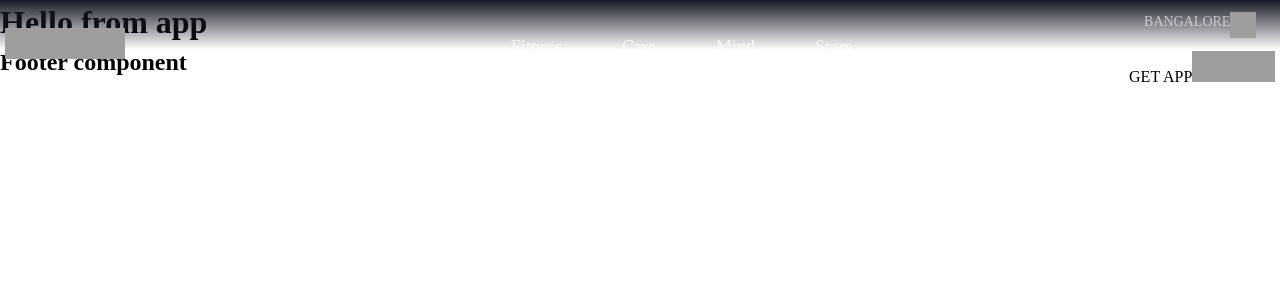
Repository: 1sanjeetsharma/cult-fit-clone
Page: /
These files come from the project's save history. The page is drawn as it stood at one moment and after the next save; the edit follows.
The browser window is 1280 px wide. The pictures show the whole page.
Pictures or frames that could not be fetched are drawn as grey boxes. Some web fonts or font styles are not loaded; a fallback is used. The project was rebuilt for these pictures with package versions that can differ from the ones it lists, and the page was loaded fresh each time. Also part of the build but not shown: vite.config.js.

Above is the page before, as saved 2023-07-25 11:40:34.

### src/App.jsx
import LandingPage from "./components/landingPage/LandingPage";
function App() {
  return (
    <>
      <h1>Hello from app</h1>
      <LandingPage />
    </>
  );
}

export default App;

### src/components/landingPage/LandingPage.jsx
import Body from "../body/body";
// import Header from "../body/header/Header";
const LandingPage = () => {
	return (
		<>
			<Body></Body>
		</>
	);
};
export default LandingPage;

### src/components/body/body.jsx
import Header from "./header/Header";
import Footer from "./footer/Footer";
import "./body.css";
const Body = () => {
	console.log("hello from body");
	return (
		<>
			<Header />

			<Footer />
		</>
	);
};
export default Body;

### src/components/body/header/Header.jsx
import Navbar from "../Navbar/Navbar";
const Header = () => {
	return (
		<>
			<Navbar />
		</>
	);
};
export default Header;

### src/components/body/footer/Footer.jsx
const Footer = () => {
  return (
    <>
      <h2>Footer component</h2>
    </>
  );
};
export default Footer;

### src/components/body/body.css
/*
//not working these font  */
@font-face {
	font-family: inter-bold;
	src: url("https://fonts.googleapis.com/css2?family=Inter:wght@700&display=swap");
}
@font-face {
	font-family: helvetica-neue;
	src: url("https://fonts.cdnfonts.com/css/helvetica-neue-5");
}
body {
	font-family: inter-bold, helvetica-neue;
}

### src/components/body/Navbar/Navbar.jsx
import "./navbar.css";
const Navbar = () => {
	return (
		<>
			<div className="Nav-container">
				<nav>
					<a href="javascript:viod(0)">
						<img
							className="logo"
							height={"31px"}
							width={"120px"}
							src="https://cdn-images.cure.fit/www-curefit-com/image/upload/c_fill,w_120,q_auto:eco,dpr_2,f_auto,fl_progressive//image/test/brand-logo/vman-and-white-cult-text.png"
							alt="logo"
						/>
					</a>
					<div className="tabs">
						<a href="javascript:void(0)">Fitness</a>
						<a href="javascript:void(0)">Care</a>
						<a href="javascript:void(0)">Mind</a>
						<a href="javascript:void(0)">Store</a>
					</div>
					<div className="btns">
						<div className="location">
							<div>BANGALORE</div>
							<div>
								<img
									src="https://cdn-images.cure.fit/www-curefit-com/image/upload/c_fill,w_26,q_auto:eco,dpr_2,f_auto,fl_progressive/image/test/header/location.png"
									width={"26px"}
									height={"26px"}
									loading="lazy"
									alt="location"
								/>
							</div>
						</div>
						<button className="get-app">GET APP</button>

						<button className="avatar">
							<img
								className="btn-img"
								src="https://cdn-images.cure.fit/www-curefit-com/image/upload/c_fill,w_26,q_auto:eco,dpr_2,f_auto,fl_progressive/image/test/header/Profile.png"
								alt="profile picture"
							/>
						</button>
						<button className="cart">
							<img
								className="btn-img"
								src="https://cdn-images.cure.fit/www-curefit-com/image/upload/c_fill,q_auto:eco,dpr_2,f_auto,fl_progressive//image/test/cart-dark-theme.svg"
								alt="cart"
							/>
						</button>
					</div>
				</nav>
			</div>
		</>
	);
};
export default Navbar;

### src/components/body/Navbar/navbar.css
* {
	margin: 0px;
	padding: 0px;
	box-sizing: border-box;
	line-height: 1.42;
}
a {
	text-decoration: none;
	cursor: pointer;
}
.Nav-container {
	position: fixed;
	/* display: flexbox; */
	top: 0px;
	/* height: 60px; */
	width: 100%;

	/* align-content: center; */
	/* text-align: center; */
	/* background-color: #00000077; */
	box-sizing: border-box;
	/* z-index: 2; */
}

.logo,
.btn-img {
	height: 31px;
}
nav {
	display: flex;
	height: 50px;
	padding: 5px;
	flex-flow: row wrap;
	align-items: center;
	justify-content: space-between;
	background-image: linear-gradient(
		to bottom,
		#171a26,
		rgba(23, 26, 38, 0.0001)
	);
}
.tabs {
	/* color: #fff; */
	display: flex;
	flex-direction: row;
	justify-content: spae-between;
	margin-left: 110px;
}
.tabs > a {
	height: 100%;
	color: #fff;
	transition: all 150ms ease;
	opacity: 70%;
	padding: 0 30px;
	line-height: 22px;
	font-size: 18px;
}
.bnts {
	display: flex;
	flex-direction: row;
}
.location {
	display: flex;
	flex-direction: row;
	background: transparent;
	/* outline: none; */
	/* box-shadow: none; */
	font-size: 14px;
	/* text-align: center; */
	/* margin: auto; */
	padding: 7px 15px;
	border-radius: 5px;
	transition: all 100ms ease;
	color: rgb(255 255 255/ 60%);
}
button {
	all: unset;
	cursor: pointer;
	/* text-align: center; */
	margin: auto;
}

button:focus {
	outline: revert;
}

Loaded but not shown: index.html (common file); src/main.jsx (common file)

After the next save:
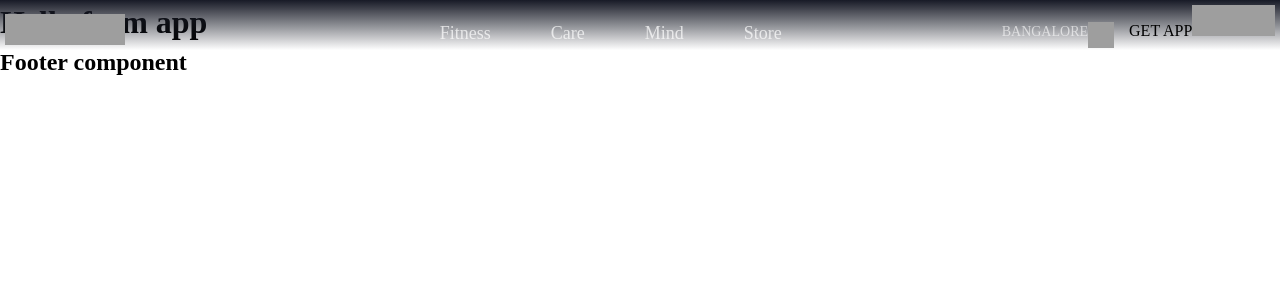
Saved 27 s later.
--- a/src/components/body/Navbar/navbar.css
+++ b/src/components/body/Navbar/navbar.css
@@ -60,7 +60,7 @@ nav {
 	flex-direction: row;
 }
 .location {
-	display: flex;
+	display: inline-flex;
 	flex-direction: row;
 	background: transparent;
 	/* outline: none; */
